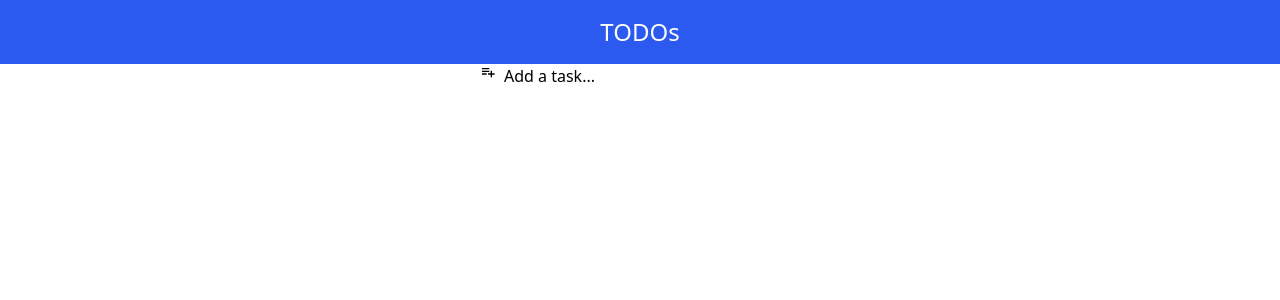
Repository: Jay-JYKim91/wanted-pre-onboarding-challenge-fe-1
Page: /
These files come from the project's save history. The page is drawn as it stood at one moment and after the next save; the edit follows.
The browser window is 1280 px wide. The pictures show the whole page.
The project was rebuilt for these pictures with package versions that can differ from the ones it lists, and the page was loaded fresh each time. Also part of the build but not shown: src/page/Auth.tsx.

Above is the page before, as saved 2022-08-01 22:13:00.

### src/index.tsx
import React from "react"
import ReactDOM from "react-dom/client"
import "./index.css"
import App from "./App"
import { BrowserRouter } from "react-router-dom"

const root = ReactDOM.createRoot(document.getElementById("root") as HTMLElement)
root.render(
  <React.StrictMode>
    <BrowserRouter>
      <App />
    </BrowserRouter>
  </React.StrictMode>
)

### src/App.tsx
import React, { useEffect } from "react"
import { Route, Routes, useNavigate } from "react-router-dom"
import Auth from "./page/Auth"
import Main from "./page/Main"

function App() {
  const navigate = useNavigate()

  useEffect(() => {
    const userToken = window.localStorage.getItem("userToken")
    if (userToken === "") {
      window.alert("Please login first.")
      navigate("/auth")
    }
  }, [])

  return (
    <div className="App">
      <header className="bg-primary-900 text-white text-center py-4 text-2xl">
        <span>TODOs</span>
      </header>
      <Routes>
        <Route path="/" element={<Main />} />
        <Route path="/auth" element={<Auth />} />
      </Routes>
    </div>
  )
}

export default App

### src/page/Main.tsx
import React from "react"
import { MdPlaylistAdd } from "react-icons/md"

function Main() {
  return (
    <div className="max-w-xs m-auto">
      <button type="button" className="flex">
        <MdPlaylistAdd className="mr-2" />
        <span>Add a task...</span>
      </button>
    </div>
  )
}

export default Main

### tailwind.config.js
/** @type {import('tailwindcss').Config} */
module.exports = {
  content: [
    "./src/**/*.{js,jsx,ts,tsx}",
  ],
  theme: {
    extend: {
      colors: {
        'primary': {
          100: '#47dfbc',
          500: '#428afe',
          900: '#2c5af1',
        }
      },
    },
  },
  plugins: [],
}

Loaded but not shown: public/index.html (common file); src/index.css (common file)

After the next save:
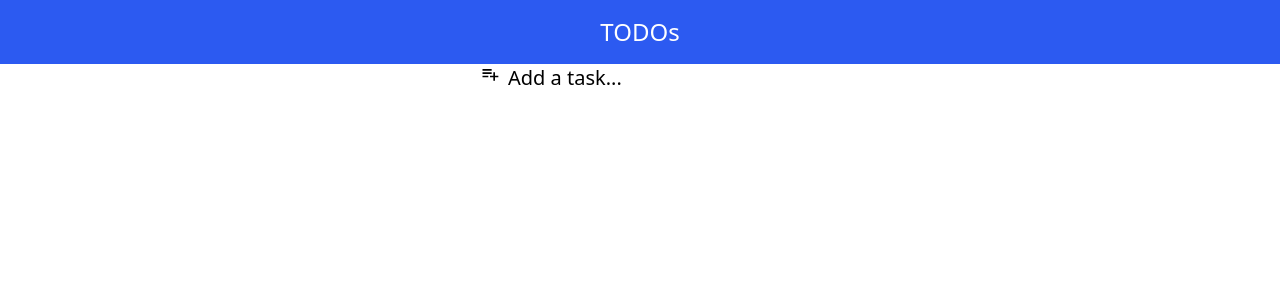
Saved 72 s later.
--- a/src/page/Main.tsx
+++ b/src/page/Main.tsx
@@ -4,7 +4,7 @@ import { MdPlaylistAdd } from "react-icons/md"
 function Main() {
   return (
     <div className="max-w-xs m-auto">
-      <button type="button" className="flex">
+      <button type="button" className="flex text-xl">
         <MdPlaylistAdd className="mr-2" />
         <span>Add a task...</span>
       </button>
